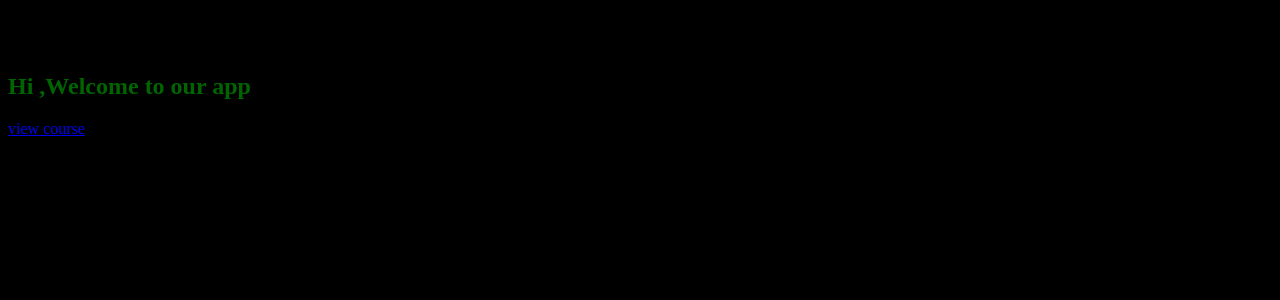
Repository: sultanaNargis03/IndustryReadyJavaSpringBoot
Page: http://localhost/Learningportal/loginsuccess.jsp
An editor plug-in stored every save of this project. The page is shown before and after the next save, followed by the edit.
The browser window is 1280 px wide. The pictures show the whole page.
The page is served by Tomcat 9.

Above is the page before, as saved 2023-12-11 09:59:36.

After the next save:
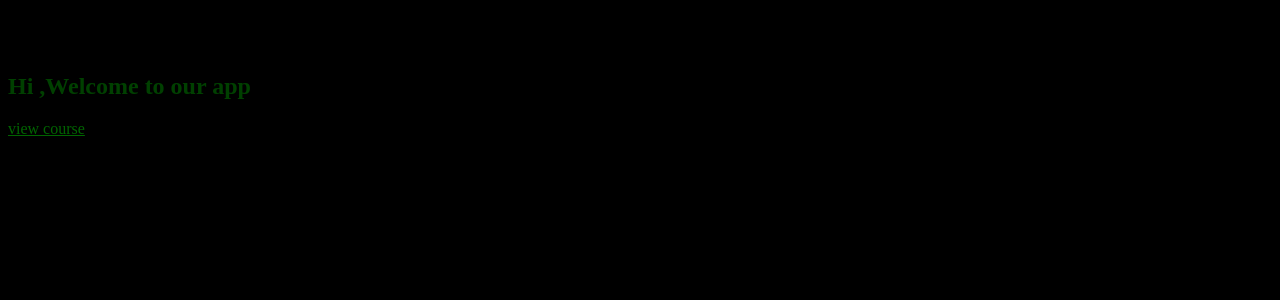
Saved 101 s later.
--- a/Servlet/workspace/Learningportal/src/main/webapp/loginsuccess.jsp
+++ b/Servlet/workspace/Learningportal/src/main/webapp/loginsuccess.jsp
@@ -9,8 +9,8 @@
 
 	<body bgcolor="black">
 		<h2 style="color: red"><marquee>Successfully Logged in!</marquee></h2>
-		<h2 style="color:darkgreen">Hi ${dbuser},Welcome to our app</h2>
-		<a href="course">view course</a>
+		<h2 style="color: rgb(0, 64, 0)">Hi ${dbuser},Welcome to our app</h2>
+		<a style="color:darkgreen"href="course">view course</a>
 	</body>
 
 </html>
